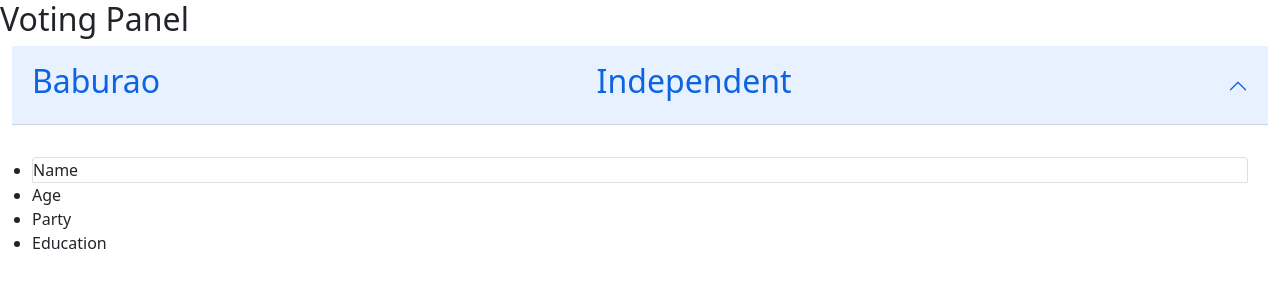
Repository: DavidManiIbrahim/Voting-app
Page: panel.html
The author's editor kept a copy of each file at every save. The page is drawn from the files as they stood at one save, then again after a run of saves.
The browser window is 1280 px wide. The pictures show the whole page.

Above is the page before, as saved 2025-01-20 05:27:25.

### panel.html
<!DOCTYPE html>
<html lang="en">
<head>
    <meta charset="UTF-8">
    <meta name="viewport" content="width=device-width, initial-scale=1.0">
    <title>Voting Panel</title>
    <link rel="stylesheet" href="./bootstrap.css">
</head>
<body>

<h2>Voting Panel</h2>

    <div class="container-fluid">
        <button class="accordion-button" data-bs-toggle="toggle"
        data-bs-target="#accord">
            <h2 class="accor">Baburao</h2>
            <img src="" alt="">

            <h2 class="ms-auto">Independent</h2>
            <img src="" alt="">
        </button>
<p >
    <ul class="accordion-body " id="accord">
        <li class="accordion-item">Name</li>
        <li>Age</li>
        <li>Party</li>
        <li>Education</li>
    </ul>
</p>
    </div>








<script src="./bootstrap.min.js"></script>
</body>
</html>

Loaded but not shown: bootstrap.css (library); bootstrap.min.js (library)

After the next 5 saves:
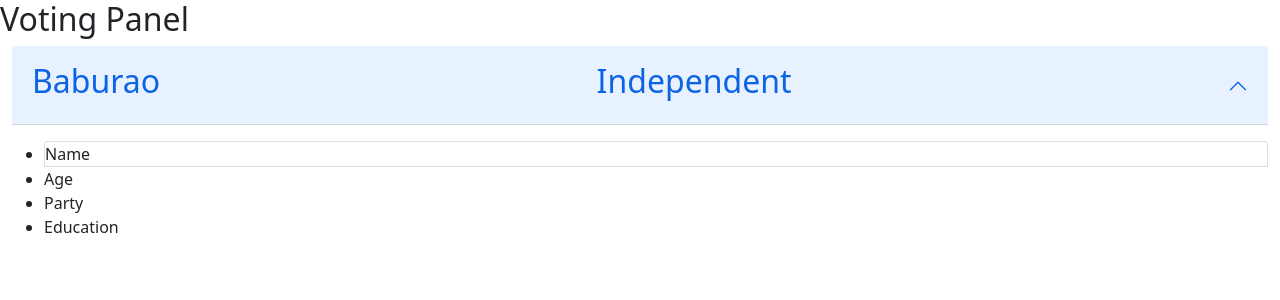
The 5 saves are shown as one change because they came seconds apart.
The last was saved 17 s later.
--- a/panel.html
+++ b/panel.html
@@ -20,7 +20,7 @@
             <img src="" alt="">
         </button>
 <p >
-    <ul class="accordion-body " id="accord">
+    <ul class="accord" id="accord">
         <li class="accordion-item">Name</li>
         <li>Age</li>
         <li>Party</li>
